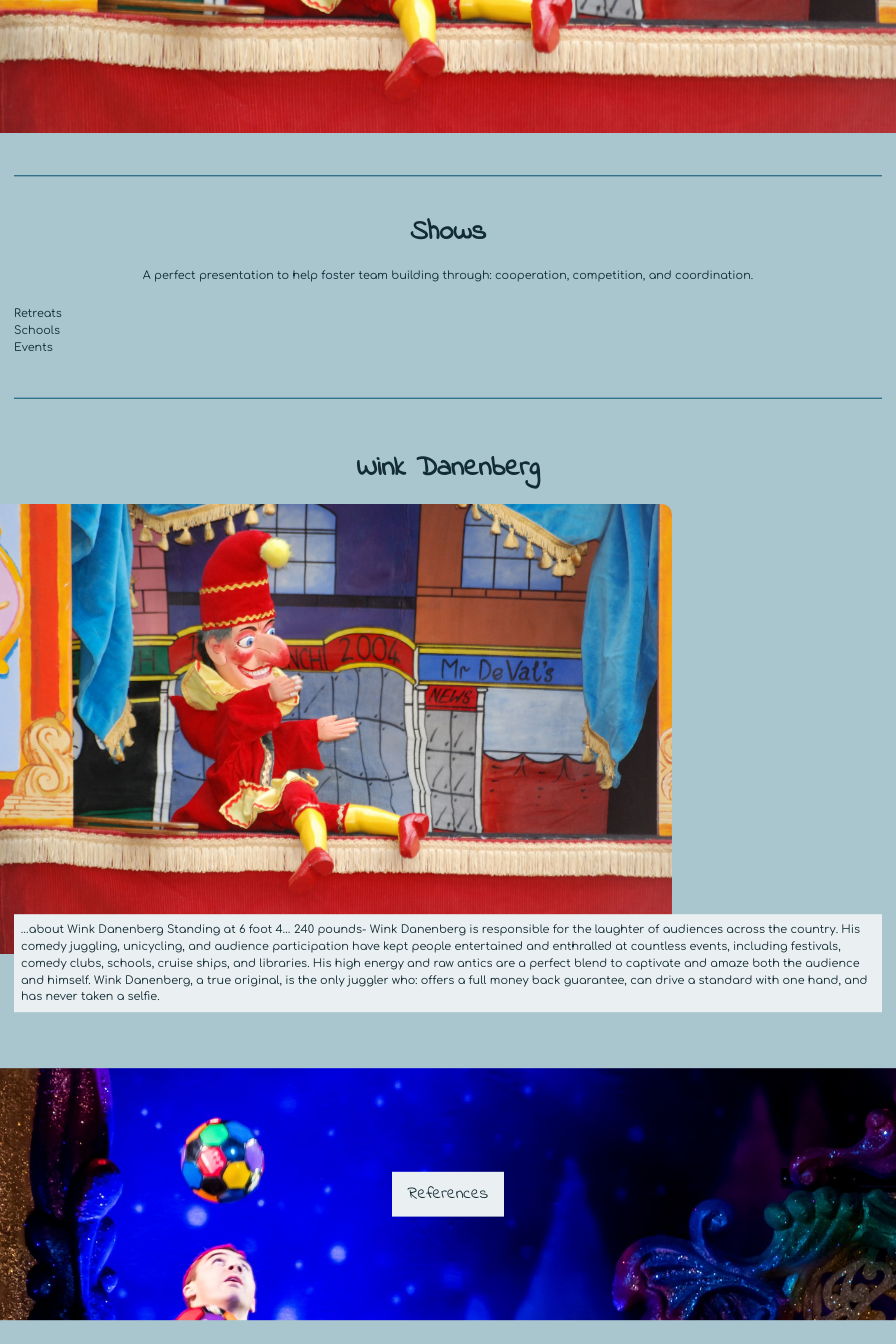
Repository: Sbethm/wink
Page: index.html
These files come from the project's save history. The page is drawn as it stood at one moment and after a run of saves; the edit follows.
The browser window is 1280 px wide. The pictures show the part of the page from y = 530 to 2450 px (the page is 5313 px tall before and 5333 px after), at 70% of full size.
The style sheet was rebuilt from its Sass, Less or Tailwind sources for each picture, by a compiler version that may differ from the author's.

Above is the page before, as saved 2021-09-08 14:45:27.

### index.html
<!DOCTYPE html>
<html lang="en">
<head>
    <meta charset="UTF-8">
    <meta http-equiv="X-UA-Compatible" content="IE=edge">
    <meta name="viewport" content="width=device-width, initial-scale=1.0">
    <link rel="preconnect" href="https://fonts.googleapis.com">
    <link rel="preconnect" href="https://fonts.gstatic.com" crossorigin>
    <link href="https://fonts.googleapis.com/css2?family=Acme&family=Comfortaa:wght@400;500;600;700&family=Indie+Flower&display=swap" rel="stylesheet">
    <!--
        font-family: 'Acme', sans-serif;
        font-family: 'Comfortaa', cursive;
        font-family: 'Indie Flower', cursive;
    -->

    <link rel="stylesheet" href="./CSS/main.css">
    <title>Wink Danenberg: The Greatest Showman</title>
</head>
<body>
    <header id="headerBg">
        <h1 id="logo">Wink</h1>
        <div class="menu--btn">
            <ul class="menu">
                <li class="menu--item">Shows</li>
                <li class="menu--item">Wink</li>
                <li class="menu--item">Calender</li>
                <li class="menu--item">Contact</li>
            </ul>
        </div>
    </header>
    <main>
        <section class="main--slideshow">
            <!--images are set on automatic slide-->
                <img src="./img/img1.jpg" alt="" id="slide--img">
                <img src="./img/img2.jpg" alt="" id="slide--img">
                <img src="./img/img3.jpg" alt="" id="slide--img">
            <div class="slideshow--quote">Comedy for the Whole Family!</div>
            <div class="call-to-action">Let Wink Danenberg be a part of your school’s next athletic RETREAT!</div>
        </section>
        <!--SHOWS-
            Description of Wink's shows. What does he do? Who are the shows geared towards? etc.-->
        <section class="show">
            <div class="container container--show">
                <a href="./shows.html"><h2 class="heading--center">Shows</h2></a>
                <p class="info--short center">A perfect presentation to help foster team building through: cooperation, competition, and coordination.</p>
                <div class="show--slideshow">
                    <!--each div is set on a swipe slide-->
                    <a href=""><div class="show--retreats show--slide">
                        <p class="show--type">Retreats</p>
                    </div></a>
                    <a href=""><div class="show--schools show--slide">
                        <p class="show--type">Schools</p>
                    </div></a>
                    <a href=""><div class="show--events show--slide">
                        <p class="show--type">Events</p>
                    </div></a>
                </div>
            </div>
        </section>
         <!--WINK-
            Who is Wink? A little about Wink and his past experience as a showman -->
        <section class="wink">
            <div class="container container--wink">
                <h2 class="heading--center">Wink Danenberg</h2>
                <div class="img--container">
                    <img src="./img/img2.jpg" alt="" class="img--set--left js--scroll">
                </div>
                <p class="text--full--center">
                    …about Wink Danenberg
                    Standing at 6 foot 4… 240 pounds- Wink Danenberg is responsible for the laughter of audiences  across the country. His comedy juggling, unicycling, and audience participation have kept people  entertained and enthralled at countless events, including festivals, comedy clubs, schools, cruise
                    ships, and libraries. His high energy and raw antics are a perfect blend to captivate and amaze  both the audience and himself. Wink Danenberg, a true original, is the only juggler who: offers a  full money back guarantee, can drive a standard with one hand, and has never taken a selfie.
                </p>
            </div>
        </section>
         <!--REFERENCES-
            A section with a link to references for Wink's shows-->
        <section class="references cover">
            <!--CHANGE BTN TO DIV & CHECK CSS-->
            <div class="link--click ">References</div>
        </section>
         <!-- HIGHLIGHTS-
            A section that shows some of the highlights of his experience-->
        <section class="highlights">
            <div class="container container--highlights">
                <h2 class="heading--center">Highlights</h2>
                <div class="highlights--block">
                    <img src="./img/img2.jpg" alt="" class="img--set--right js--scroll">
                <p class="text--small--center">As Seen at Letter Man!</p>
                </div>
                <div class="highlights--block">
                    <img src="./img/img2.jpg" alt="" class="img--set--left js--scroll">
                    <p class="text--small--center">As Seen at Letter Man!</p>
                </div>
                <div class="highlights--block">
                        <img src="./img/img2.jpg" alt="" class="img--set--right js--scroll">
                    <p class="text--small--center">As Seen at Letter Man!</p>
                </div>
            </div>
        </section>
         <!--CONTACT-
            email and (maybe) phone information about how to contact Wink-->
        <section class="contact cover">
            <!--CHANGE BTN TO DIV & CHECK CSS-->
            <div class="link--click ">Contact</div>
        </section>
    </main>
    <footer></footer>
    <script src="./JS/main.js"></script>
</body>
</html>

### JS/main.js
/*
 TABLE OF CONTENTS
    1.
    2.
    3.
    4.
    5.
*/


//1. HEADER CAROUSEL
    //Header variables
    const slides = document.querySelectorAll('#slide--img');
    const headerBg = document.getElementById('headerBg');
    const logo = document.getElementById('logo');

    //Changing header on scroll
    window.onscroll = function() {
        if (window.scrollY > 130) {
            headerBg.style.background = 'rgb(234, 240, 241)';
            headerBg.style.borderBottom = 'solid 1px rgb(19, 43, 53)';
            logo.style.color = 'rgb(19, 43, 53)';
        } else {
            headerBg.style.background = 'none';
            headerBg.style.borderBottom = 'solid 1px rgb(234, 240, 241)';
            logo.style.color = 'rgb(234, 240, 241)';
        }
    }

    //Index main slideshow
    setInterval(nextImg, 4000);

    let currentImg = 0;
    slides[currentImg].style.opacity = 1;

    function nextImg() {
        slides[currentImg].style.opacity = 0;
        currentImg = (currentImg + 1) % slides.length;
        slides[currentImg].style.opacity = 1;
    }

//2. SCROLL ANIMATIONS
    //Scroll variables
    const scrollElements = document.querySelectorAll(".js--scroll");
    const fromLeftElements = document.querySelectorAll(".img--set--left");
    const fromRightElements = document.querySelectorAll(".img--set--right");

    //When element is on screen or off scree
    const elementInView = (el) => {
    const elementTop = el.getBoundingClientRect().top;

    return (
        elementTop <=
        (window.innerHeight || document.documentElement.clientHeight));
    };

    const elementOutofView = (el) => {
    const elementTop = el.getBoundingClientRect().top;

    return (
        elementTop > (window.innerHeight || document.documentElement.clientHeight)
    );
    };

    //Fade-In & Fade-out functions
    const displayScrollElement = (element) => {
    element.classList.add("scrolled");
    };
    const hideScrollElement = (element) => {
    element.classList.remove("scrolled");
    };

    //Shift left functions
    const shiftOnScreenLeft = (el) => {
        el.classList.add('shifted--from--left');
    }
    const shiftOffScreenLeft = (el) => {
        el.classList.remove('shifted--from--left');
    }

    //Shift right functions into view
    const shiftOnScreenRight = (el) => {
        el.classList.add('shifted--from--right');
    }
    const shiftOffScreenRight = (el) => {
        el.classList.remove('shifted--from--right');
    }


const handleOpacityAnimation = () => {
  scrollElements.forEach((el) => {
    if (elementInView(el)) {
        displayScrollElement(el);
    } else if (elementOutofView(el)) {
        hideScrollElement(el)
    }
  })
}

const handleShiftAnimationLeft = () => {
    fromLeftElements.forEach((el) => {
    if (elementInView(el)) {
        shiftOnScreenLeft(el)
    } else if (elementOutofView(el)) {
        shiftOffScreenLeft(el)
    }
  })
}

const handleShiftAnimationRight = () => {
    fromRightElements.forEach((el) => {
    if (elementInView(el)) {
        shiftOnScreenRight(el)
    } else if (elementOutofView(el)) {
        shiftOffScreenRight(el)
    }
  })
}

window.addEventListener("scroll", () => {
    handleOpacityAnimation();
    handleShiftAnimationLeft();
    handleShiftAnimationRight();
})

// const fadeEl = document.querySelectorAll('.js--scroll');

// fadeEl.forEach((el) => {
//     el.style.opacity = '0';
// });

// const elInView = (el) => {
//     const elementTop = el.getBoundingClientRect().top;
//     return (elementTop <= window.innerHeight || document.documentElement.clientHeight);
// }

// const displayElement = (el) => {
//     el.classList.add('scrolled');
// }

// const scrollAnimation = () => {
//     fadeEl.forEach((el) => {
//         if(elInView(el, 100)){
//             displayElement(el);
//         }
//     })
// }

// window.addEventListener("scroll", () => {
//     scrollAnimation();
//   });

//SLIDE-IN

### SCSS/main.scss
@import "./resets", "./variables";


//GENERAL STYLING
body{
    width: 100vw;
    background-color: $bgColor1;
    overflow-x: hidden;
}

main {
    overflow-x: hidden;
}

section {
    width: 100vw;
    height: fit-content;
    background-color: $bgColor1;
    color: $accentColor1;
    font-family: $mainFont;
    font-size: 1rem;
}

.container {
    margin: 60px 20px;
    padding: 60px 0;
    width: calc(100vw - 40px);
    background-color: $bgColor1;
    border-top: solid 2px $accentColor2;
    border-bottom: solid 2px $accentColor2;
}

a {
    color: $accentColor1;
}

.link--click {
    width: 10rem;
    height: 4rem;
    font-family: $accentFont;
    font-size: 1.5rem;
    color: $accentColor1;
    text-align: center;
    line-height: 4rem;
    background-color: $bgColor2;
}

a {
    text-decoration: none;
}

p {
    font-family: $mainFont;
    font-size: 1rem;
    line-height: 1.5rem;
}

.heading--center {
    padding-bottom: 30px;
    width: 100%;
    font-family: $accentFont;
    font-size: 2.5rem;
    text-align: center;
}

.center {
    padding-bottom: 30px;
    width: 100%;
    text-align: center;
}

//HEADER AND MAIN SLIDESHOW
header {
    position: fixed;
    top: 0;
    height: 4rem;
    width: 100vw;
    padding: 1rem;
    z-index: 9;
    overflow: hidden;
    background: aliceblue;
    border-bottom: solid 1px rgb(13, 81, 139);
    transition: all 0.50s ease-in;
    box-sizing: border-box;

    & h1 {
        font-family: $accentFont;
        font-size: 2rem;
        color: rgb(13, 81, 139);
        transition: all 0.50s ease-in;
    }
}

.menu--item{
    display: none;
}

.main--slideshow {
    height: 100vh;
    width: 100vw;
    background-color: #000;
}

#slide--img {
    position: absolute;
    top: 0;
    left: 0;
    width: 100%;
    height: 100%;
    object-fit: cover;
    overflow: hidden;
    opacity: 0;
    transition: all 0.75s ease-in;
    z-index: 0;
}

.slideshow--quote {
    position: absolute;
    top: calc(100vh - 75vh);
    width: 100vw;
    font-size: 5rem;
    font-family: $headerFont;
    font-weight: 800;
    color: aliceblue;
    text-align: center;
}

//EVENTS
.event{
    padding-top: 20px;
}

.event--slideshow {
    display: flex;
    flex-direction: row;
    overflow: scroll;

    & .event--slide {
        margin: 10px;
        width: 10rem;
        height: 12rem;
        display: grid;
        background-image: url(../img/img1.jpg);
        box-shadow: 10px 5px 5px rgba(100, 100, 100, 0.377);
        grid-template-columns: 100%;
        justify-items: center;
        align-items: center;

        & .event--type {
            padding: 5px;
            width: 75%;
            background-color: $bgColor2;
            font-family: $accentFont;
            color: $accentColor1;
            text-align: center;
        }
    }
}

//ABOUT WINK
.container--wink {
    margin: 0 20px;
    padding: 20px 0;
    border: hidden;
}

.img--set--left {
    width: 75vw;
    position: relative;
    left: -350px;
    z-index: 1;
    border-radius: 0 15px 15px 0;
    transition: all 3000ms;

    &.shifted--from--left {
    left: -20px;
    }
}

.text--full--center {
    position: relative;
    padding: 10px;
    top: -60px;
    z-index: 2;
    background-color: $bgColor2;
}

//REFERENCES and CONTACT
.cover {
    width: 100vw;
    height: 50vh;
    display: flex;
    justify-content: center;
    align-items: center;
    background-image: url(../img/img1.jpg);
}

//HIGHLIGHTS
.container--highlights{
    margin-left: 0;
    margin-right: 0;
    width: auto;
    border-top: hidden;
    border-bottom: hidden;
}

.highlights--block {
    display: grid;
    grid-template-columns: 100vw;
    grid-template-rows: 25% 75%;
    width: 100vw;
    overflow-x: hidden;

    & .img--set--right {
        grid-area: 1/1/2/3;
        justify-self: flex-end;
        width: 75vw;
        z-index: 1;
        border-radius: 15px 0 0 15px;
        padding-left: 100vw;
        transition: all 3000ms;
    }

    & .shifted--from--right{
        padding-left: 0px;
    }

    & .img--set--left {
        grid-area: 1/1/2/3;
        justify-self: flex-start;
        width: 75vw;
        z-index: 1;
        border-radius: 0 15px 15px 0;
        transition: all 3000ms;
    }

    & .text--small--center {
        align-self: center;
        justify-self: center;
        width: 75%;
        height: 5rem;
        padding: 10px;
        z-index: 2;
        background-color: $bgColor2;
        text-align: center;
        line-height: 5rem;
    }
}





//CONTACT *see references

//JAVASCRIPT ELEMENTS
.js--scroll {
    opacity: 0;
    transition: all 3000ms;
}

.js--scroll.scrolled{
    opacity: 1;
}

### SCSS/_variables.scss
//FONTS
$headerFont: 'Acme', sans-serif;
$accentFont: 'Indie Flower', cursive;
$mainFont: 'Comfortaa', cursive;

//COLORS
// $bgColor1: rgb(207, 184, 169);
// $bgColor2: rgb(241, 237, 234);
// $accentColor1: rgb(53, 33, 19);
// $accentColor2: rgb(83, 50, 27);
$bgColor1: rgb(169, 198, 207);
$bgColor2: rgb(234, 240, 241);
$accentColor1: rgb(19, 43, 53);
$accentColor2: rgb(51, 114, 141);

Loaded but not shown: SCSS/_resets.scss (common file)

After the next 3 saves:
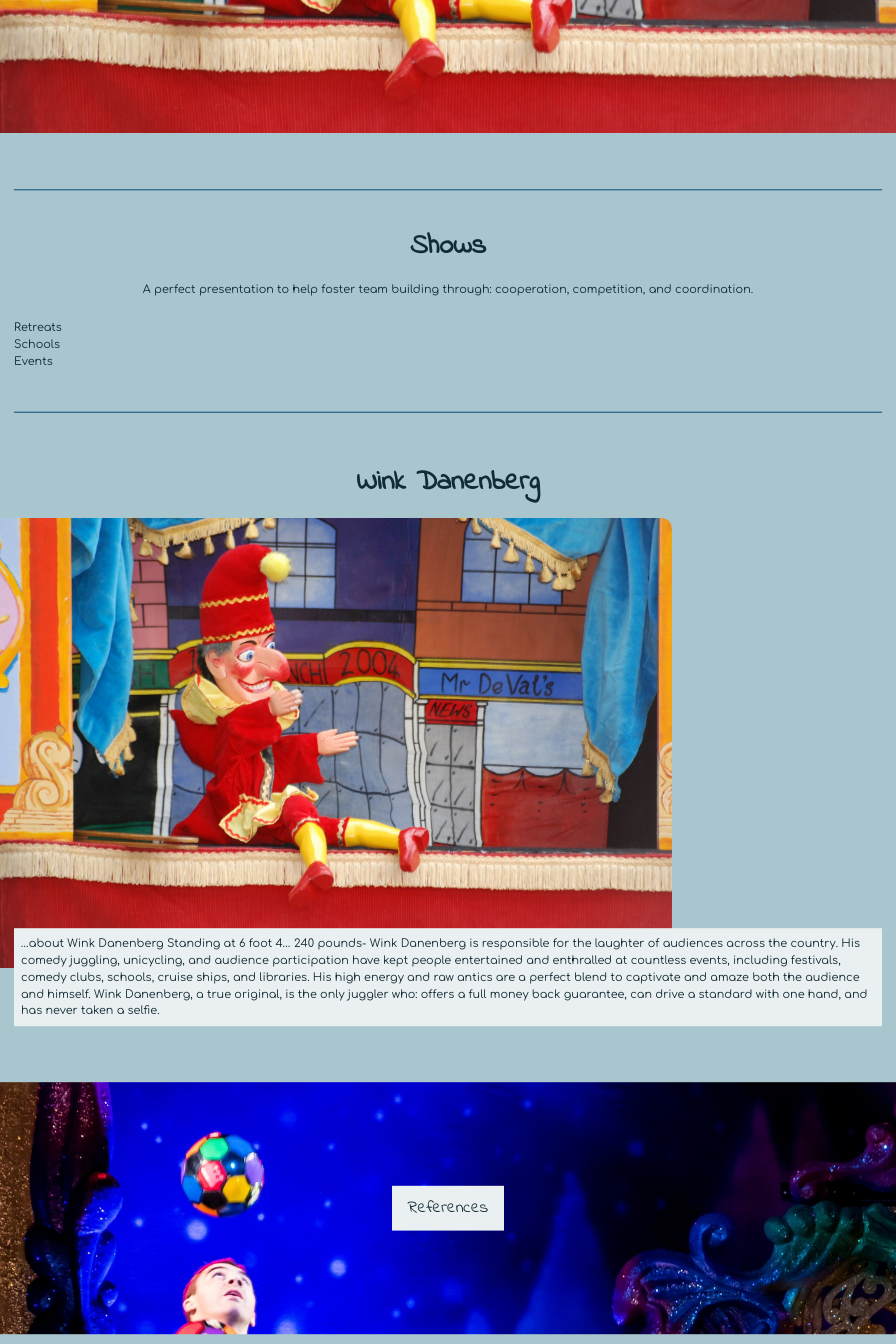
The 3 saves are shown as one change because they came seconds apart.
The last was saved 27 s later.
--- a/SCSS/main.scss
+++ b/SCSS/main.scss
@@ -125,8 +125,8 @@ header {
     text-align: center;
 }
 
-//EVENTS
-.event{
+//SHOWS
+.show{
     padding-top: 20px;
 }
 
